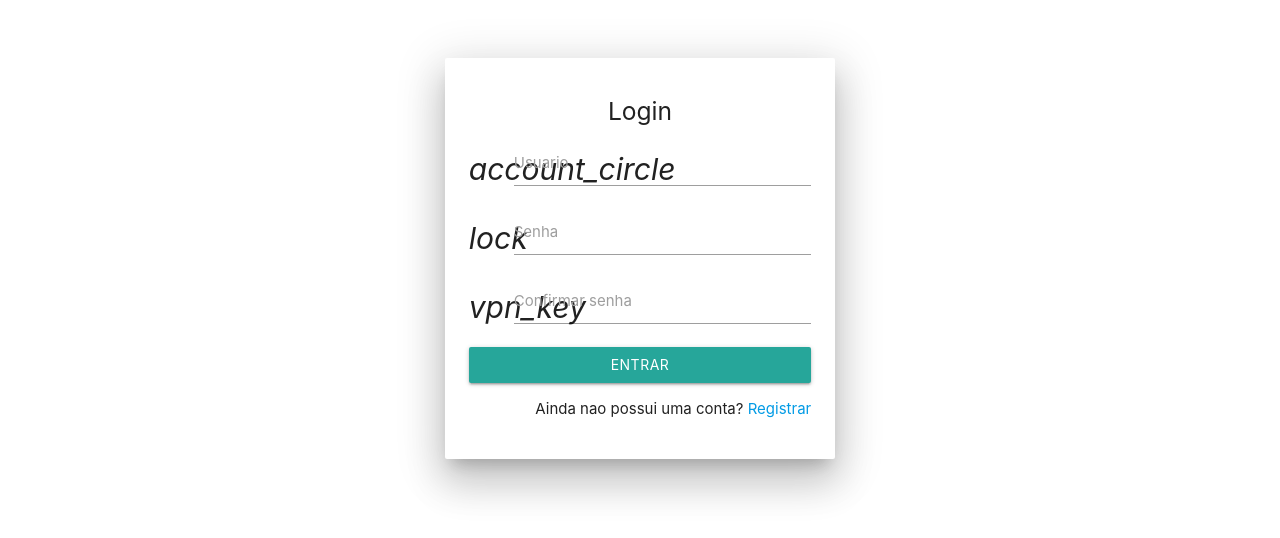
Repository: luizasilveira/TechWeb
Page: http://localhost/techWebP1/login.jsp
The author's editor kept a copy of each file at every save. The page is drawn from the files as they stood at one save, then again after the next save.
The browser window is 1280 px wide. The pictures show the whole page.
The page is served by Tomcat 9. Other server files are loaded and not shown.

Above is the page before, as saved 2019-09-10 12:20:10.

### Projeto1/techWebP1/WebContent/login.jsp
<%@ page language="java" contentType="text/html; charset=ISO-8859-1"
    pageEncoding="ISO-8859-1"%>
<!DOCTYPE html>
<html>
<head>
<meta charset="ISO-8859-1">
<title>Login</title>
<link href="https://fonts.googleapis.com/icon?family=Material+Icons"
	rel="stylesheet">
<!--Import materialize.css-->
<link rel="stylesheet"
	href="https://cdnjs.cloudflare.com/ajax/libs/materialize/1.0.0/css/materialize.min.css">


<style>
body {
  width: 100%;
  margin: auto;
  padding: 50px;
  text-align: center;
}
</style>
</head>

<body>


    <div class="container" id="content">


        <div class="row">
          <div class="col l3 m3 s12"></div>
          <div class="col l6 m6 s12">
            <form action="" method="POST">
                 <div class="card-panel z-depth-5">
                  <h5 class="center">Login</h5>
                   <div class="input-field">
                    <i class="material-icons prefix">account_circle</i>
                    <input type="text" name="username">
                    <label> Usuario</label>
                  </div>


                   <div class="input-field">
                    <i class="material-icons prefix">lock</i>
                    <input type="password" name="pass1">
                    <label>Senha</label>
                  </div>


                   <div class="input-field">
                    <i class="material-icons prefix">vpn_key</i>
                    <input type="password" name="pass2">
                    <label>Confirmar senha</label>
                  </div>

                  <input type="submit" name="submit" value="Entrar" class="btn left col s12">
                  <p class="right">Ainda nao possui uma conta? <a href="#login" class="modal-trigger">Registrar</a></p>

                  <div class="clearfix"></div>
               </div>
            </form>

          </div>
            <div class="col l3 m3 s12"></div>



        </div>
    </div>






	<script src="https://code.jquery.com/jquery-1.12.0.min.js"></script>
	<script
		src="https://cdnjs.cloudflare.com/ajax/libs/materialize/1.0.0/js/materialize.min.js"></script>

After the next save:
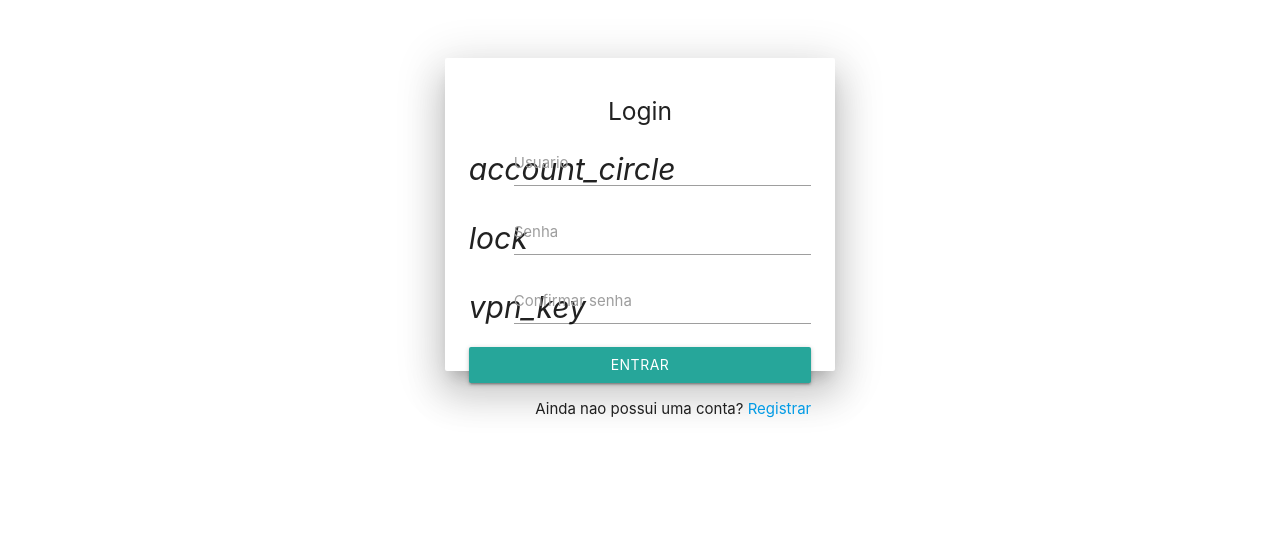
Saved 115 s later.
--- a/Projeto1/techWebP1/WebContent/login.jsp
+++ b/Projeto1/techWebP1/WebContent/login.jsp
@@ -57,7 +57,6 @@
                   <input type="submit" name="submit" value="Entrar" class="btn left col s12">
                   <p class="right">Ainda nao possui uma conta? <a href="#login" class="modal-trigger">Registrar</a></p>
 
-                  <div class="clearfix"></div>
                </div>
             </form>
 

After the save that followed:
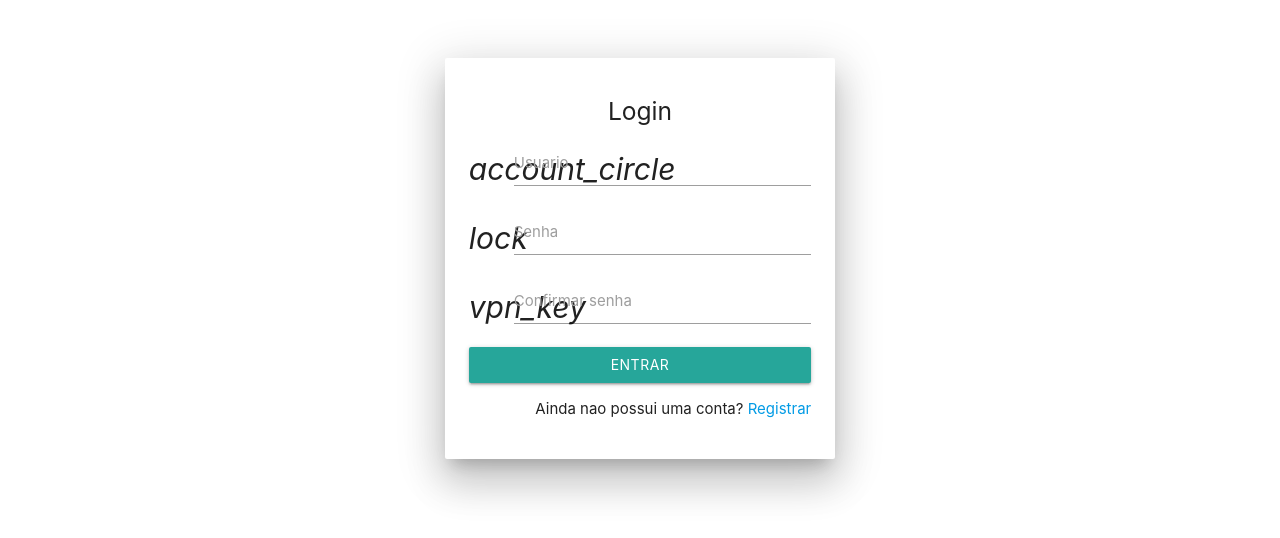
Saved 8 s later.
--- a/Projeto1/techWebP1/WebContent/login.jsp
+++ b/Projeto1/techWebP1/WebContent/login.jsp
@@ -57,6 +57,7 @@
                   <input type="submit" name="submit" value="Entrar" class="btn left col s12">
                   <p class="right">Ainda nao possui uma conta? <a href="#login" class="modal-trigger">Registrar</a></p>
 
+                  <div class="clearfix"></div>
                </div>
             </form>
 
